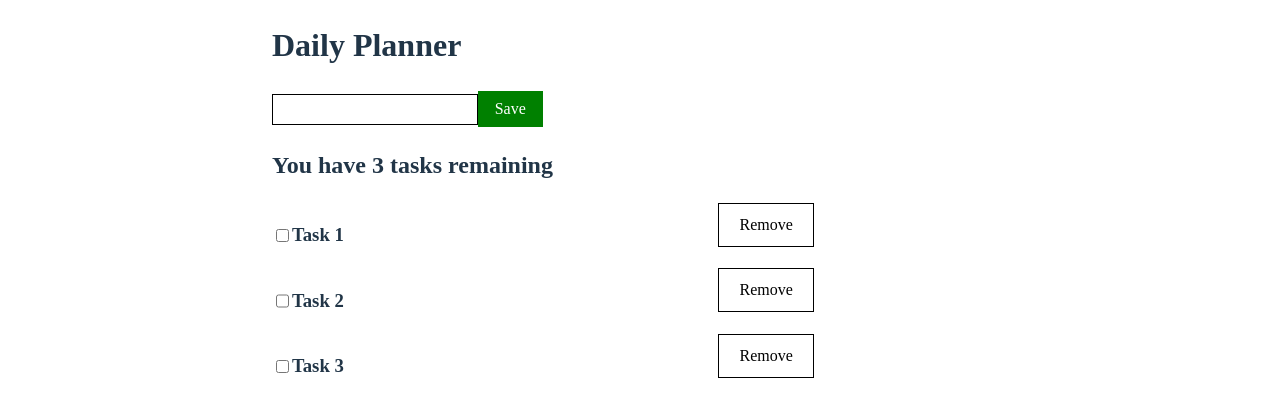
Repository: SamanthaYan298/my_planner
Page: /
The author's editor kept a copy of each file at every save. The page is drawn from the files as they stood at one save, then again after the next save.
The browser window is 1280 px wide. The pictures show the whole page.
The project was rebuilt for these pictures with package versions that can differ from the ones it lists, and the page was loaded fresh each time. Also part of the build but not shown: vite.config.js.

Above is the page before, as saved 2024-10-07 17:20:43.

After the next save:
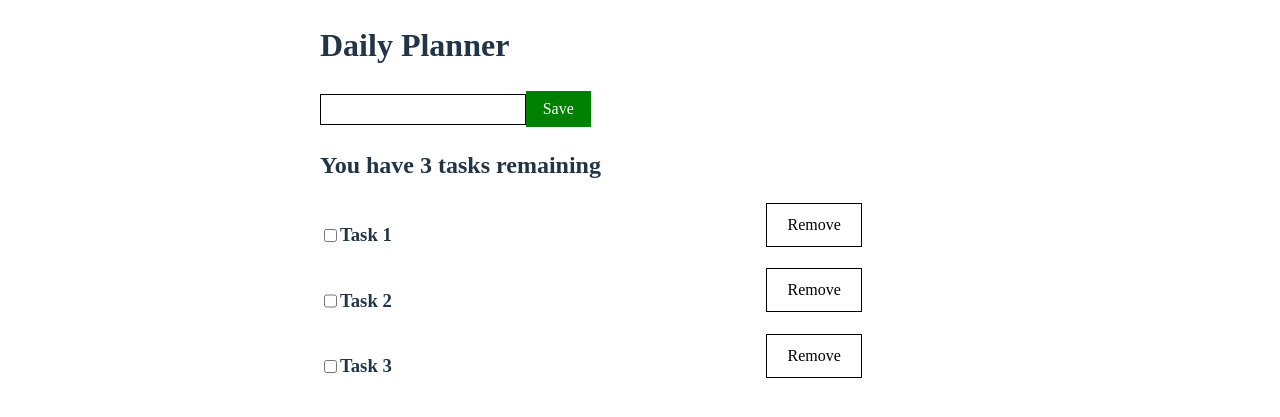
Saved 57 s later.
--- a/src/App.css
+++ b/src/App.css
@@ -1,6 +1,6 @@
 #root {
   max-width: 100%;
-  margin-left: 17em;
+  margin-left: 20em;
   padding: 0;
   top: 0;
   font-family: "Playfair Display", serif;
